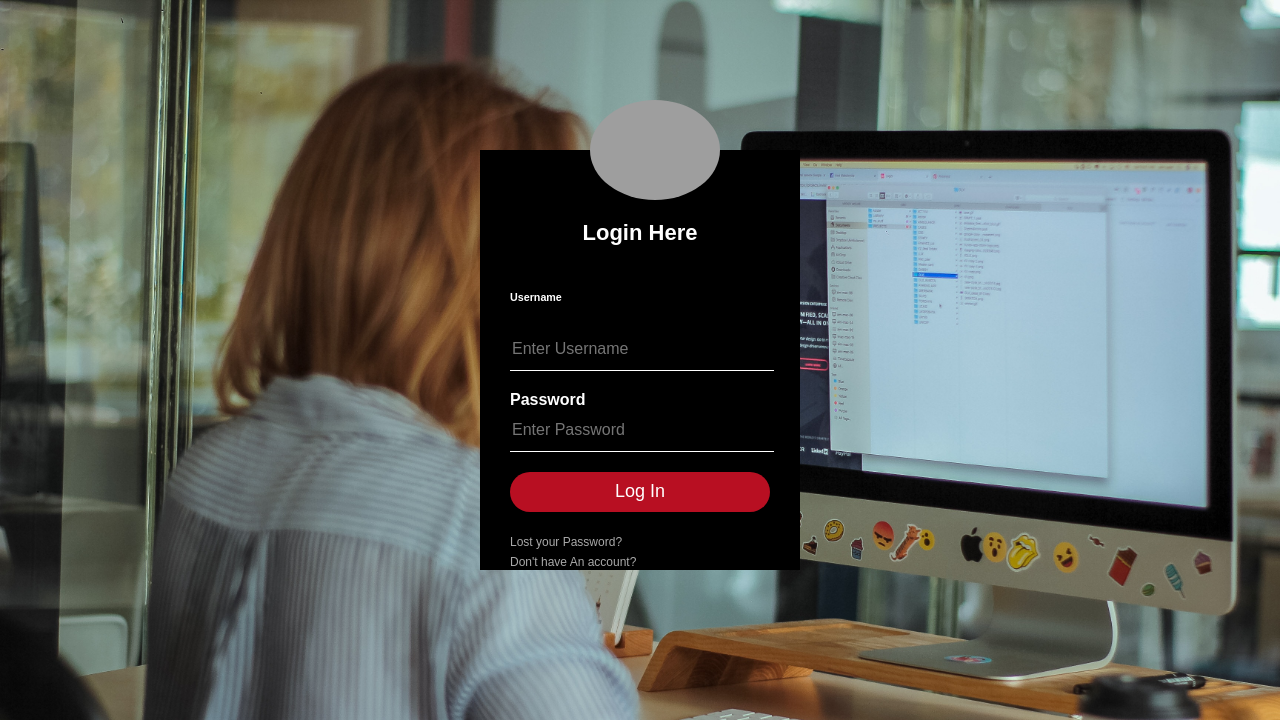
Repository: MyselfAman/Login_Page_Servlet
Page: http://localhost/Login_Page/login.jsp
These files come from the project's save history. The page is drawn as it stood at one moment and after the next save; the edit follows.
The browser window is 1280 px wide. The pictures show the whole page.
Pictures or frames that could not be fetched are drawn as grey boxes. The page is served by Tomcat 9. Other server files are loaded and not shown.

Above is the page before, as saved 2019-08-08 04:25:21.

### Login_Page/WebContent/login.jsp
<%@ page language="java" contentType="text/html; charset=ISO-8859-1"
    pageEncoding="ISO-8859-1"%>
<!DOCTYPE html>
<html>
<head>
<meta charset="ISO-8859-1">
<title>LearnToCode | Login</title>
 <link href="style.css" rel="stylesheet" type="text/css">
</head>
<body>
 <div class="login-box">
      <img src="img/logo1.png" class="logo" alt="Avatar Image">
      <h1>Login Here</h1>
      <form action="login" method="post">
        <!-- USERNAME INPUT -->
        <h6>Username</h6>
        <input type="text" placeholder="Enter Username" name="username">
        <!-- PASSWORD INPUT -->
        <label for="password">Password</label>
        <input type="password" placeholder="Enter Password" name="password">
        <input type="submit" value="Log In">
        <a href="#">Lost your Password?</a><br>
        <a href="#">Don't have An account?</a>
      </form>
    </div>
</body>
</html>

### Login_Page/WebContent/style.css
@charset "ISO-8859-1";


body {
  margin: 0;
  padding: 0;
  background: url(../images/code.jpg) no-repeat center top;
  background-size: cover;
  font-family: sans-serif;
  height: 100vh;
}

.login-box {
  width: 320px;
  height: 420px;
  background: #000;
  color: #fff;
  top: 50%;
  left: 50%;
  position: absolute;
  transform: translate(-50%, -50%);
  box-sizing: border-box;
  padding: 70px 30px;
}

.login-box .logo {
  width: 130px;
  height: 100px;
  border-radius: 50%;
  position: absolute;
  top: -50px;
  left: calc(50% - 50px);
}

.login-box h1 {
  margin: 0;
  padding: 0 0 20px;
  text-align: center;
  font-size: 22px;
}

.login-box label {
  margin: 0;
  padding: 0;
  font-weight: bold;
  display: block;
}

.login-box input {
  width: 100%;
  margin-bottom: 20px;
}

.login-box input[type="text"], .login-box input[type="password"] {
  border: none;
  border-bottom: 1px solid #fff;
  background: transparent;
  outline: none;
  height: 40px;
  color: #fff;
  font-size: 16px;
}

.login-box input[type="submit"] {
  border: none;
  outline: none;
  height: 40px;
  background: #b80f22;
  color: #fff;
  font-size: 18px;
  border-radius: 20px;
}

.login-box input[type="submit"]:hover {
  cursor: pointer;
  background: #ffc107;
  color: #000;
}

.login-box a {
  text-decoration: none;
  font-size: 12px;
  line-height: 20px;
  color: darkgrey;
}

.login-box a:hover {
  color: #fff;
}

After the next save:
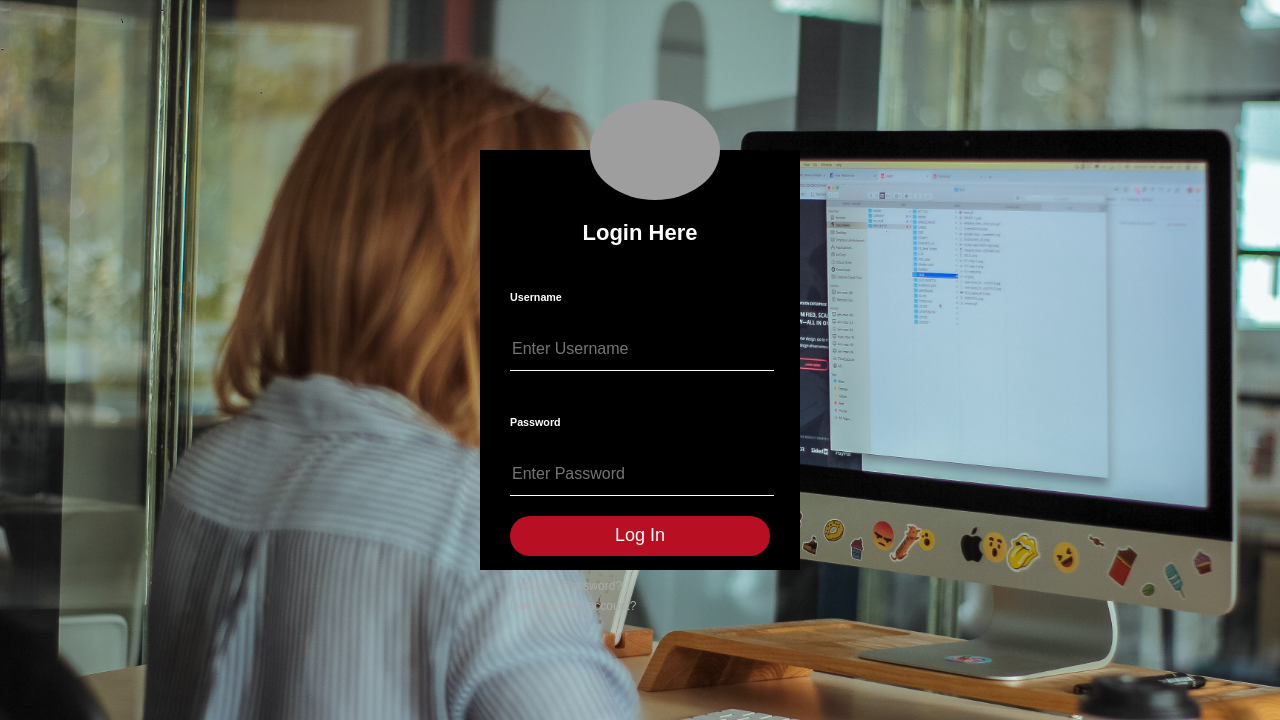
Saved 17 s later.
--- a/Login_Page/WebContent/login.jsp
+++ b/Login_Page/WebContent/login.jsp
@@ -16,7 +16,7 @@
         <h6>Username</h6>
         <input type="text" placeholder="Enter Username" name="username">
         <!-- PASSWORD INPUT -->
-        <label for="password">Password</label>
+        <h6 for="password">Password</h6>
         <input type="password" placeholder="Enter Password" name="password">
         <input type="submit" value="Log In">
         <a href="#">Lost your Password?</a><br>
